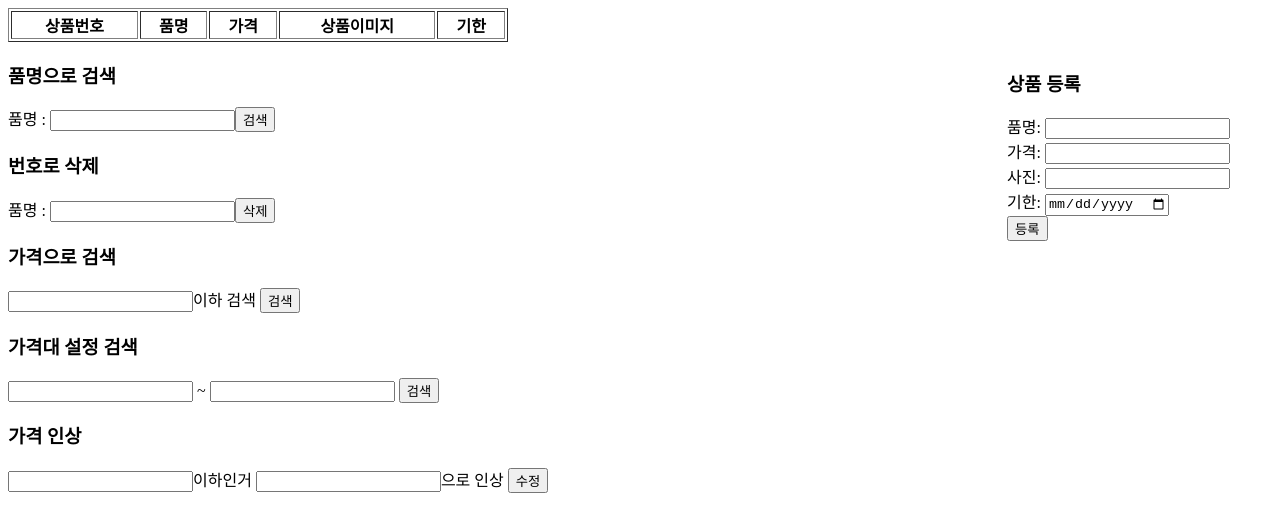
Repository: Gomserker/Web-development
Page: http://localhost/04_MyBatis/
The author's editor kept a copy of each file at every save. The page is drawn from the files as they stood at one save, then again after the next save.
The browser window is 1280 px wide. The pictures show the whole page.
The page is served by Tomcat 9. The template is opened directly, without the code that normally fills it, so the values that code supplies are empty.

Above is the page before, as saved 2022-01-21 04:44:22.

After the next save:
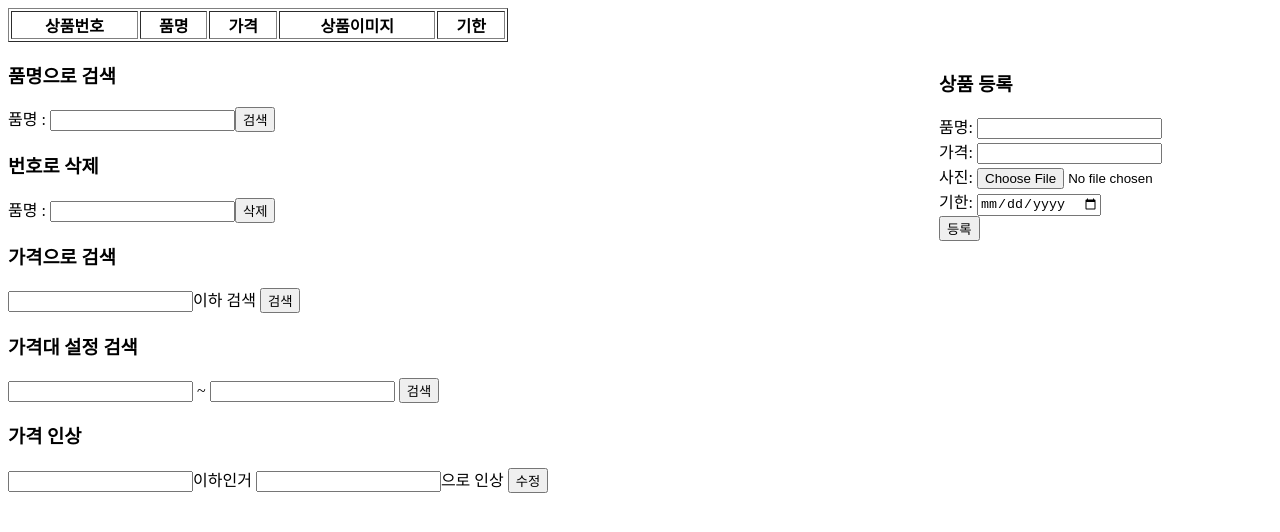
Saved 68 s later.
--- a/workspace/04_MyBatis/WebContent/index.jsp
+++ b/workspace/04_MyBatis/WebContent/index.jsp
@@ -44,7 +44,7 @@
 		<form action="RegController" method="post">
 			품명: <input name="name"> <br>
 			가격: <input name="price"> <br>
-			사진: <input name="img"> <br>
+			사진: <input name="img" type="file"> <br>
 			기한: <input name="date" type="date"> <br>
 			<button>등록</button>
 		</form>
